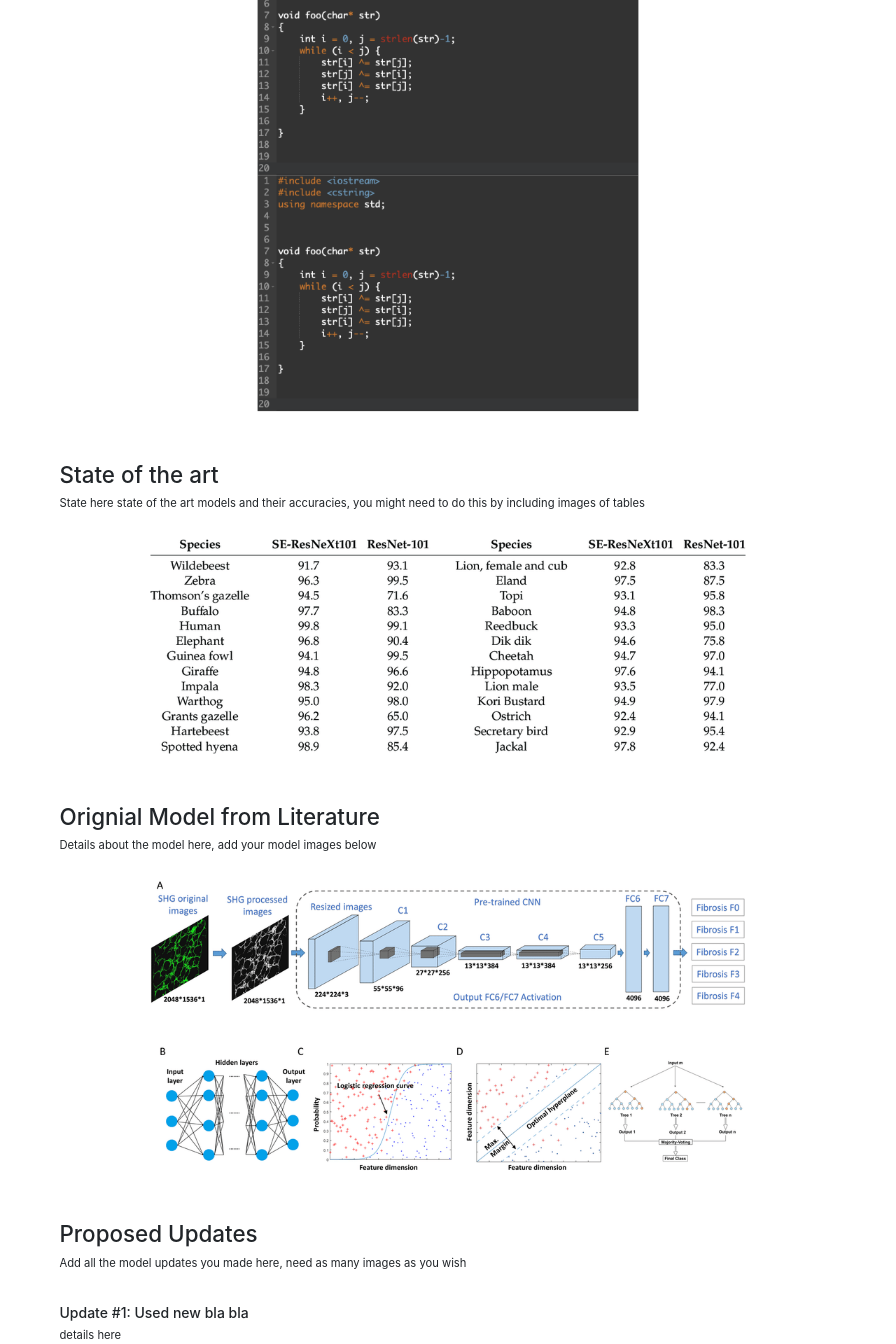
Repository: Shaalan-omar/ConcodePlus
Page: team-specific/index.html
These files come from the project's save history. The page is drawn as it stood at one moment and after the next save; the edit follows.
The browser window is 1280 px wide. The pictures show the part of the page from y = 2066 to 3986 px (the page is 6710 px tall before and 6758 px after), at 70% of full size.

Above is the page before, as saved 2023-05-12 02:38:57.

After the next save:
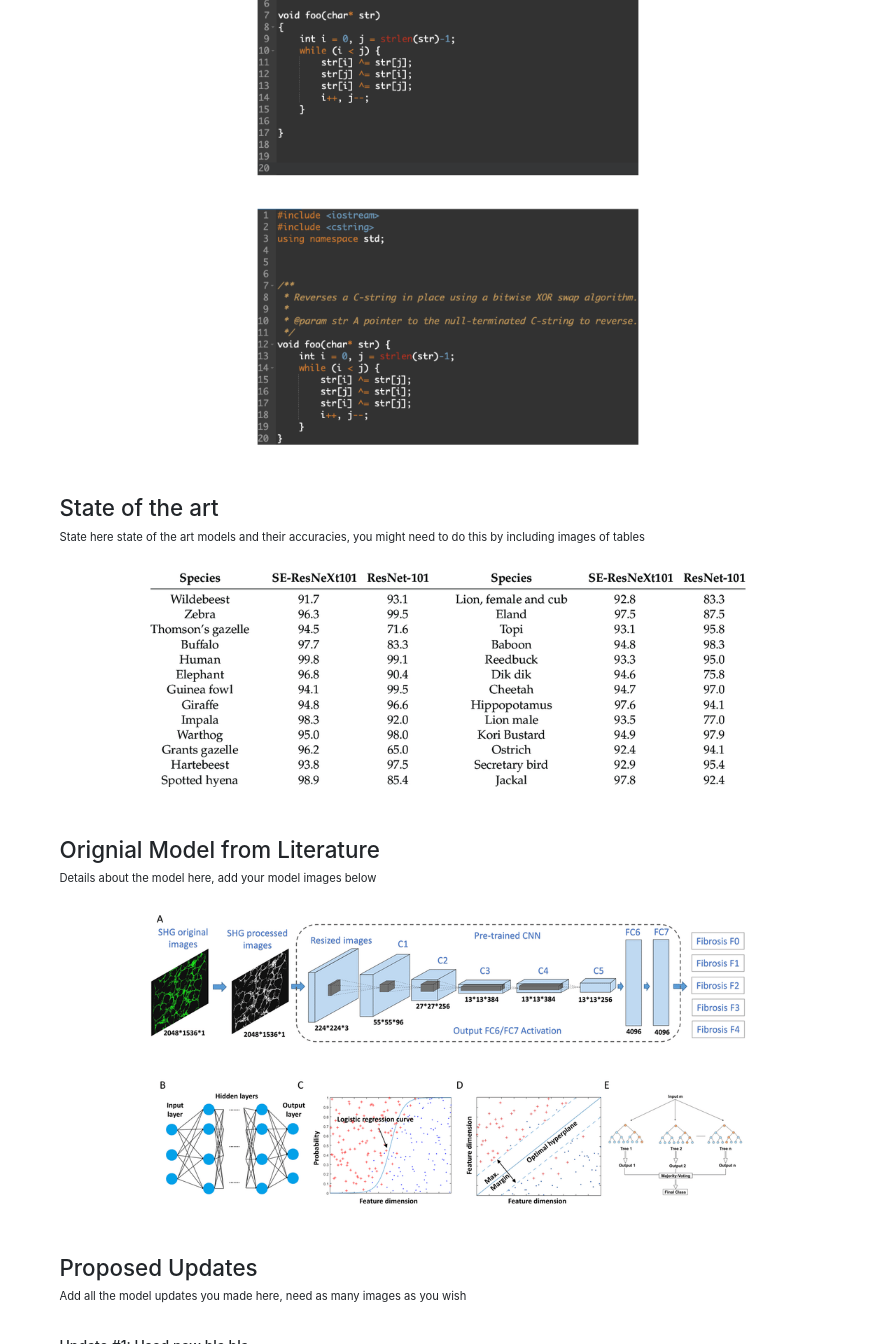
Saved 106 s later.
--- a/team-specific/index.html
+++ b/team-specific/index.html
@@ -111,9 +111,13 @@
       		<img src="resources/images/Problem_Stat_1.png" class="img-fluid text-center">
     	</div>
 
-      <div class="img-container" align="center"> <!-- Block parent element -->
-        <img src="resources/images/Problem_Stat_1.png" class="img-fluid text-center">
-    </div>
+    	<br/> <!-- Empty Line after the image -->
+
+      <br/> <!-- Empty Line before the image -->
+	    <div class="img-container" align="center"> <!-- Block parent element -->
+      		<img src="resources/images/Problem_Stat_2.png" class="img-fluid text-center">
+    	</div>
+
     	<br/> <!-- Empty Line after the image -->
       </div>
     </div>
